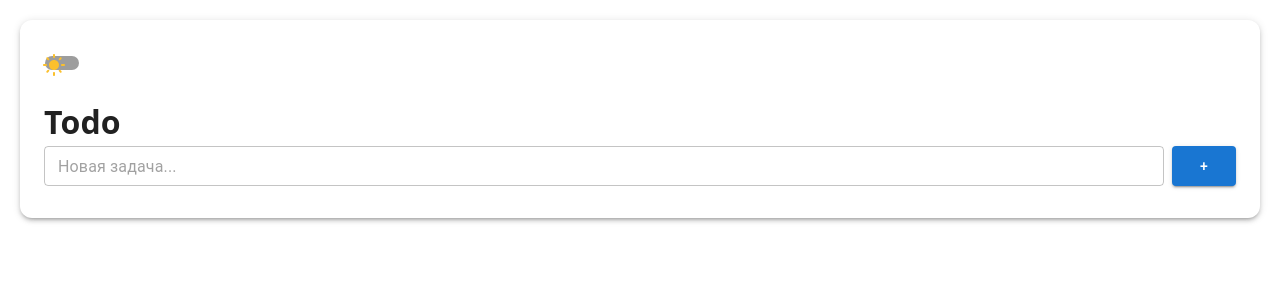
Repository: Burnmyheart/todo-app
Page: /
The author's editor kept a copy of each file at every save. The page is drawn from the files as they stood at one save, then again after the next save.
The browser window is 1280 px wide. The pictures show the whole page.
The project was rebuilt for these pictures with package versions that can differ from the ones it lists, and the page was loaded fresh each time. Also part of the build but not shown: vite.config.ts, src/components/EditTodo/EditTodo.tsx, src/components/TodoItem/TodoItem.tsx, src/components/TodoList/TodoList.tsx.

Above is the page before, as saved 2025-09-25 20:46:45.

After the next save:
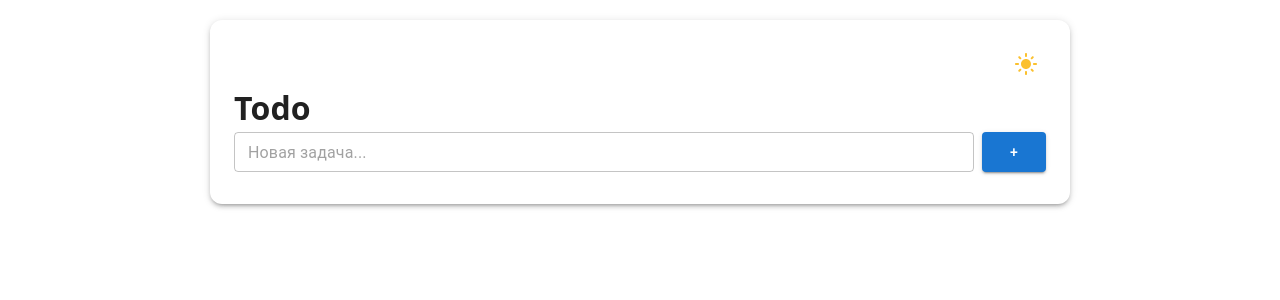
Saved 10 min 8 s later.
--- a/src/App.tsx
+++ b/src/App.tsx
@@ -8,8 +8,7 @@ import {
   ThemeProvider,
   CssBaseline,
   Paper,
-  Switch,
-  FormControlLabel,
+  IconButton,
 } from "@mui/material";
 import { createTheme } from "@mui/material/styles";
 import DarkModeIcon from "@mui/icons-material/DarkMode";
@@ -50,7 +49,7 @@ const App: React.FC = () => {
   };
 
   return (
-    <div style={{ padding: "20px", maxWidth: "100%", margin: "0 auto" }}>
+    <div style={{ padding: "20px", maxWidth: "900px", margin: "0 auto" }}>
       <ThemeProvider theme={theme}>
         <CssBaseline />
         <Paper
@@ -61,19 +60,16 @@ const App: React.FC = () => {
             bgcolor: darkMode ? "background.default" : "#fff",
           }}
         >
-          <FormControlLabel
-            control={
-              <Switch
-                checked={darkMode}
-                onChange={() => setDarkMode((prev) => !prev)}
-                color="default"
-                icon={<LightModeIcon sx={{ color: "#fbc02d" }} />}
-                checkedIcon={<DarkModeIcon sx={{ color: "#90caf9" }} />}
-              />
-            }
-            label={darkMode}
-            sx={{ mb: 2 }}
-          />
+          {/* Тумблер */}
+          <div style={{ display: "flex", justifyContent: "flex-end" }}>
+            <IconButton onClick={() => setDarkMode((prev) => !prev)}>
+              {darkMode ? (
+                <DarkModeIcon sx={{ color: "#90caf9" }} />
+              ) : (
+                <LightModeIcon sx={{ color: "#fbc02d" }} />
+              )}
+            </IconButton>
+          </div>
 
           <h1>Todo</h1>
           <AddTodo onAdd={addGroup} />
